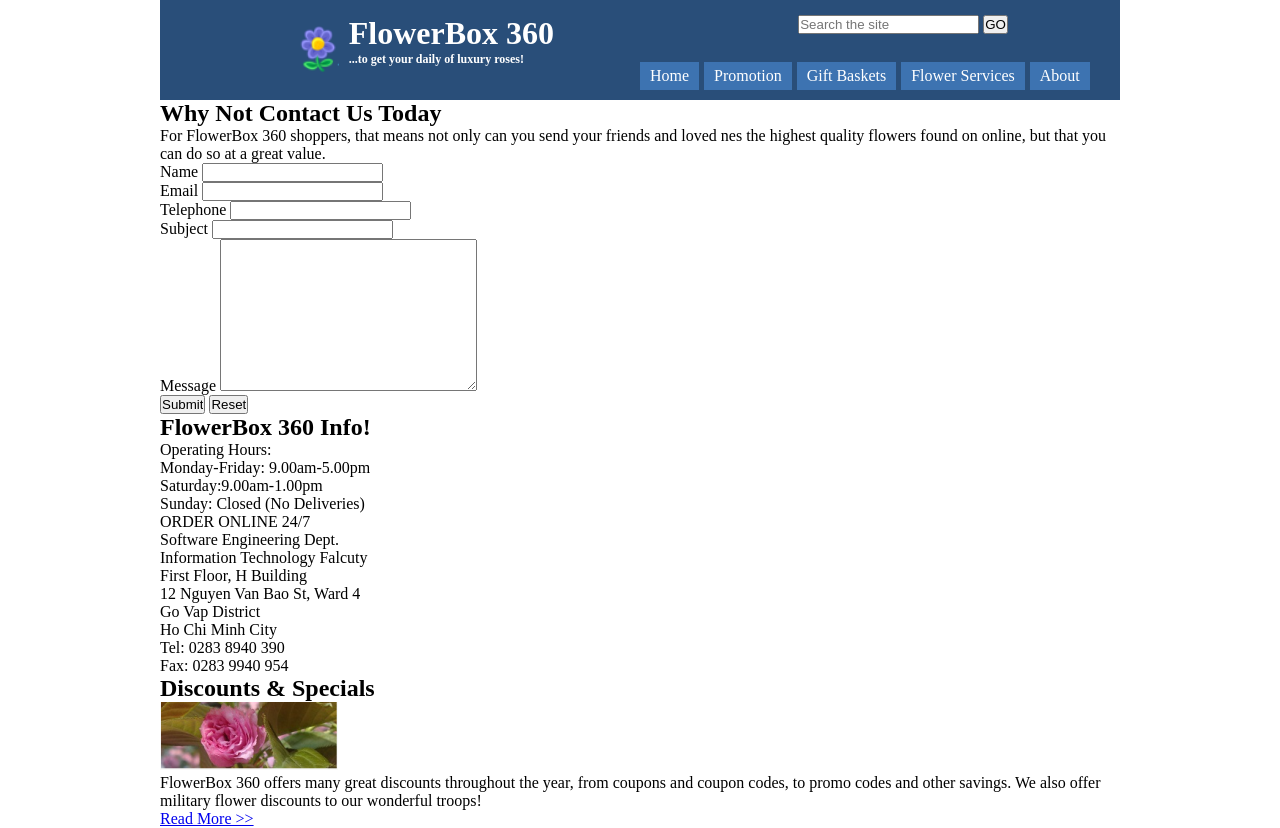
Repository: hoangnguyen1903/STT_21084321_NguyenHuyHoang_DHKHMT17B_Tuan4_DeThamKhao3
Page: html/demo.html
These files come from the project's save history. The page is drawn as it stood at one moment and after the next save; the edit follows.
The browser window is 1280 px wide. The pictures show the whole page.

Above is the page before, as saved 2023-03-09 14:42:28.

### html/demo.html
<!DOCTYPE html>
<html lang="en">
  <head>
    <meta charset="UTF-8" />
    <meta http-equiv="X-UA-Compatible" content="IE=edge" />
    <meta name="viewport" content="width=device-width, initial-scale=1.0" />
    <title>Demo 3</title>
    <style>
      * {
        padding: 0;
        box-sizing: border-box;
        margin: 0 auto;
      }

      .wrapper {
        width: 960px;
        height: 100%;
      }

      .header {
        width: 960px;
        height: 100px;
        background-color: #294e79;
        color: #fff;
        display: flex;
        position: relative;
      }

      .header > .header__left {
        display: flex;
        padding: 15px 20px;
      }

      .header > .header__left > img {
        padding-right: 10px;
      }

      .header > .header__left > div > h2 {
        font-size: 12px;
      }

      .header > .header__right {
        padding-top: 15px;
      }

      .header > .header__bottom {
        position: absolute;
        bottom: 10px;
        left: 50%;
        display: flex;
      }

      .header > .header__bottom > li {
        list-style: none;
        margin-right: 5px;
        background-color: #3d73b1;
        padding: 5px 10px;
      }

      .header > .header__bottom > li:hover {
        background-color: #fff;
      }

      .header > .header__bottom > li:hover > a {
        color: #000;
      }

      .header > .header__bottom > li > a {
        text-decoration: none;
        color: white;
      }
    </style>
  </head>
  <body>
    <div class="wrapper">
      <div class="header">
        <div class="header__left">
          <img src="../img/AnhLogo.PNG" alt="Logo" class="logo" />
          <div>
            <h1>FlowerBox 360</h1>
            <h2>...to get your daily of luxury roses!</h2>
          </div>
        </div>
        <ul class="header__bottom">
          <li><a href="#">Home</a></li>
          <li><a href="#">Promotion</a></li>
          <li><a href="#">Gift Baskets</a></li>
          <li><a href="#">Flower Services</a></li>
          <li><a href="#">About</a></li>
        </ul>
        <div class="header__right">
          <input
            type="text"
            name="txt"
            id="txt"
            placeholder="Search the site"
          />
          <input type="button" value="GO" />
        </div>
      </div>
      <div class="content">
        <div class="content__left">
          <h2 class="content__left-top">Why Not Contact Us Today</h2>
          <div class="content__left-bottom">
            <div class="content__left-form">
              <p>
                For FlowerBox 360 shoppers, that means not only can you send
                your friends and loved nes the highest quality flowers found on
                online, but that you can do so at a great value.
              </p>
              <form action="">
                <div>
                  <label for="name">Name</label>
                  <input type="text" name="name" id="name" />
                </div>
                <div>
                  <label for="email">Email</label>
                  <input type="email" name="email" id="email" />
                </div>
                <div>
                  <label for="telephone">Telephone</label>
                  <input type="number" name="telephone" id="telephone" />
                </div>
                <div>
                  <label for="subject">Subject</label>
                  <input type="text" name="subject" id="subject" />
                </div>
                <div>
                  <label for="message">Message</label>
                  <textarea
                    name="message"
                    id="message"
                    cols="30"
                    rows="10"
                  ></textarea>
                </div>
                <div>
                  <input type="submit" value="Submit" />
                  <input type="reset" value="Reset" />
                </div>
              </form>
            </div>
            <div class="content__left-info">
              <h2 class="content__left-heading">FlowerBox 360 Info!</h2>
              <div>
                <p>Operating Hours:</p>
                <p>Monday-Friday: 9.00am-5.00pm</p>
                <p>Saturday:9.00am-1.00pm</p>
                <p>Sunday: Closed (No Deliveries)</p>
                <p>ORDER ONLINE 24/7</p>
              </div>
              <div>
                <p>Software Engineering Dept.</p>
                <p>Information Technology Falcuty</p>
                <p>First Floor, H Building</p>
              </div>
              <div>
                <p>12 Nguyen Van Bao St, Ward 4</p>
                <p>Go Vap District</p>
                <p>Ho Chi Minh City</p>
                <p>Tel: 0283 8940 390</p>
                <p>Fax: 0283 9940 954</p>
              </div>
            </div>
          </div>
        </div>
        <div class="content__right">
          <h2 class="content__right-top">Discounts & Specials</h2>
          <div class="content__right-bottom">
            <img src="../img/flower.PNG" alt="Flower" />
            <p>
              FlowerBox 360 offers many great discounts throughout the year,
              from coupons and coupon codes, to promo codes and other savings.
              We also offer military flower discounts to our wonderful troops!
            </p>
            <a href="#">Read More >></a>
          </div>
        </div>
      </div>
      <div class="footer"></div>
    </div>
  </body>
</html>

After the next save:
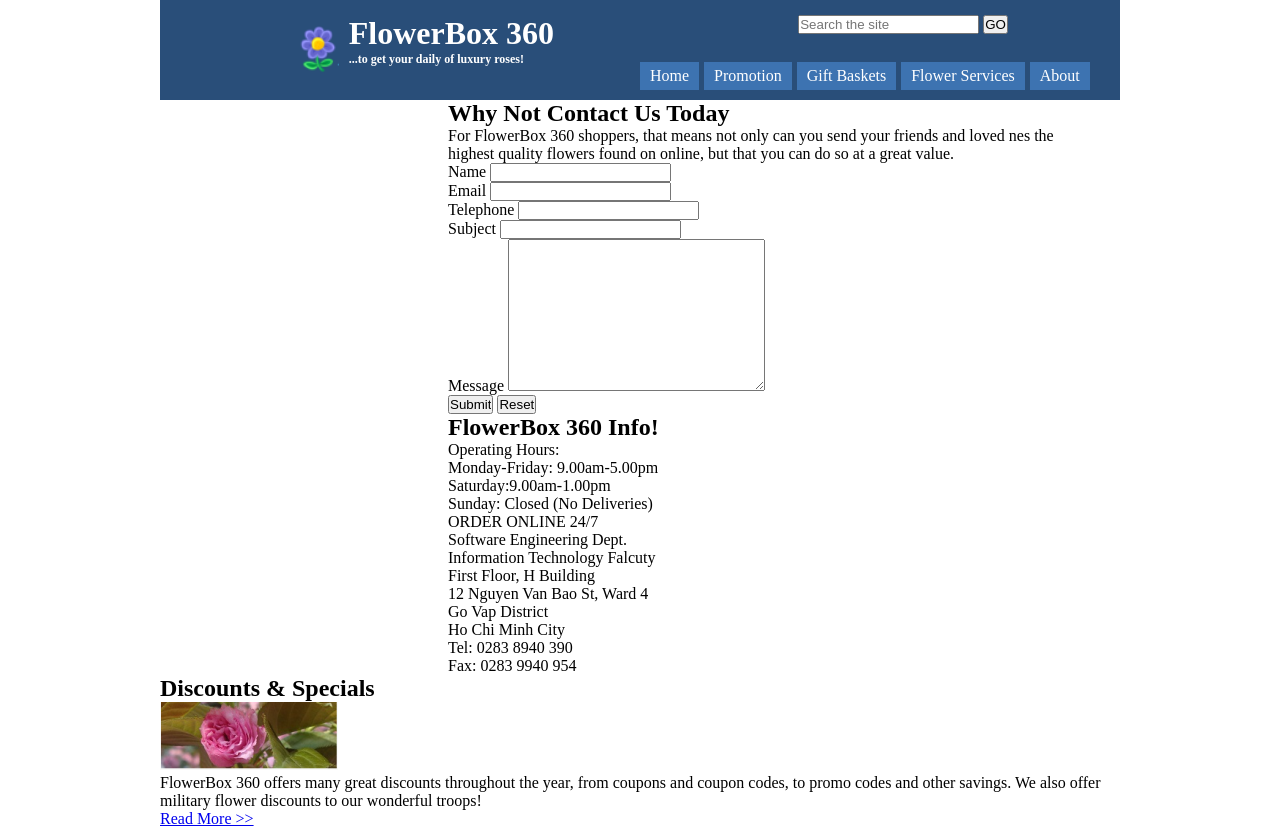
Saved 2 min 41 s later.
--- a/html/demo.html
+++ b/html/demo.html
@@ -68,6 +68,15 @@
       .header > .header__bottom > li > a {
         text-decoration: none;
         color: white;
+      }
+
+      .content > .content__left {
+        width: calc(70% - 30px);
+        margin-right: 30px;
+      }
+
+      .content > .content_right {
+        width: 30%;
       }
     </style>
   </head>
